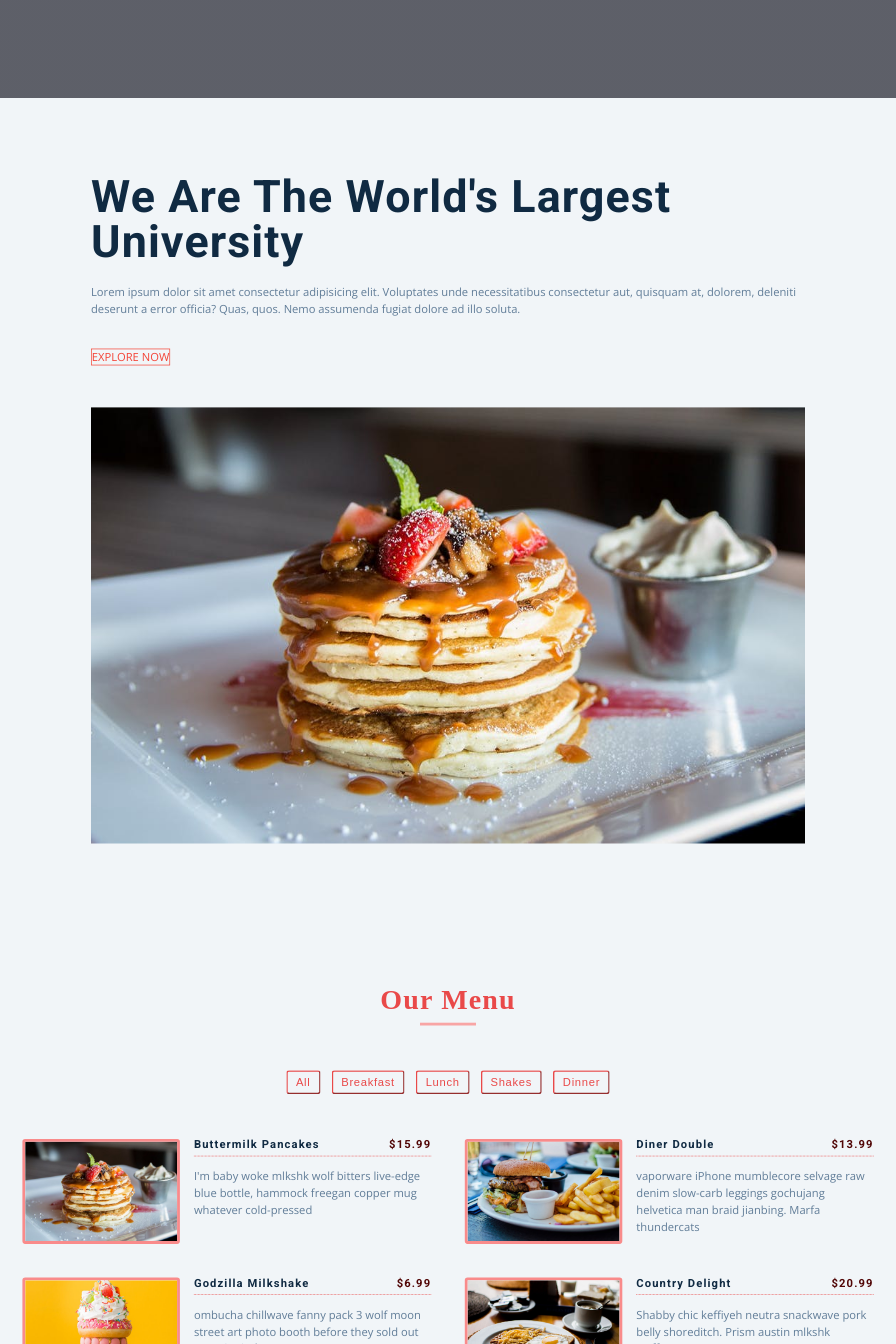
Repository: xoshiraghavx/Food-you
Page: index.html
These files come from the project's save history. The page is drawn as it stood at one moment and after a run of saves; the edit follows.
The browser window is 1280 px wide. The pictures show the part of the page from y = 580 to 2500 px (the page is 3950 px tall before and 3379 px after), at 70% of full size.
Pictures or frames that could not be fetched are drawn as grey boxes. Some web libraries are served in a nearby version.

Above is the page before, as saved 2022-12-03 09:13:24.

### index.html
<!DOCTYPE html>
<html lang="en">
  <head>
    <meta charset="UTF-8" />
    <meta name="viewport" content="width=device-width, initial-scale=1.0" />
    <title>interior design</title>
    <!-- font-awesome -->
    <link
      rel="stylesheet"
      href="https://cdnjs.cloudflare.com/ajax/libs/font-awesome/5.14.0/css/all.min.css"
    />

    <!-- styles -->
    <link rel="stylesheet" href="styles.css" />
  </head>
  <body>
<nav>
  <div class="nav-center">
    <div class="nav-header">
      <div class="logo-div">
      <img src="./img/logo.png" alt="logo" class="logo">
      <div class="logo-name">
      <p><span id="color"><b>FOOD </b><br><i>& you</i></span></p>
    </div>
    </div>
      <button class="nav-toggle">
        <i class="fas fa-bars"></i>
      </button>
    </div>
    <!-- links -->
    <!-- <ul class="links">

      <li>
        <a href="index.html">home</a>
      </li>
      <li>
    </ul> -->
    <!-- social media -->
    <ul class="social-icons">
      <li>
        <a href="https://www.facebook.com">
          <i class="fab fa-facebook"></i>
        </a>
      </li>
      <li>
        <a href="https://www.twitter.com">
          <i class="fab fa-twitter"></i>
        </a>
      </li>
      <li>
        <a href="https://www.instagram.com">
          <i class="fab fa-instagram"></i>
        </a>
      </li>
      <li>
        <a href="https://www.linkedin.com">
          <i class="fab fa-linkedin"></i>
        </a>
      </li>
      <li>
        <a href="https://www.twitter.com">
          <i class="fab fa-sketch"></i>
        </a>
      </li>
    </ul>
  </div>
</nav>
<header class="hero">
  <div class="banner">
    <h2>Looking for some food!</h2>
    <button class="btn modal-btn">Order Now</button>
  </div>
</header>
<div class="modal-overlay">
  <div class="modal-container">
    <br>
    <h3>Title</h3>
    <p>Lorem ipsum dolor sit amet consectetur adipisicing elit. Illo deleniti eum mollitia distinctio! Nesciunt dolor minima animi esse officia! Recusandae? Lorem ipsum dolor sit amet consectetur, adipisicing elit. Aspernatur, hic.</p>
    <button class="close-btn">
      <i class="fas fa-times"> </i>
    </button>
  </div>
</div>
    <!-- -------about us content---------->
    <section class="about-us">
      <div class="row">
          <div class="about-col">
              <h1>We are the world's largest university</h1>
              <p>Lorem ipsum dolor sit amet consectetur adipisicing elit. Voluptates unde necessitatibus consectetur aut, quisquam at, dolorem, deleniti deserunt a error officia? Quas, quos. Nemo assumenda fugiat dolore ad illo soluta.</p>
              <a href="" class="hero-btn red-btn">EXPLORE NOW</a>
          </div>
          <div class="about-col">
              <img src="./img/item-1.jpeg" alt="">
          </div>
      </div>
  </section>
<section class="menu">
  <div class="title">
    <h2>Our Menu</h2>
    <div class="underline"></div>
  </div>
  <div class="btn-container">
    <!-- <button class="filter-btn" type="button" data-id="all">all</button>
    <button class="filter-btn" type="button"data-id="breakfast">breakfast</button>
    <button class="filter-btn" type="button" data-id="lunch">lunch</button>
    <button class="filter-btn" type="button" data-id="shakes">shakes</button> -->
  </div>
    <div class="section-center">
      <!-- <article class="menu-item">
        <img src="./menu-item.jpeg" class="photo" alt="menu item">
        <div class="item-info">
          <header>
            <h4>buttermilk pancakes</h4>
            <h4 class="price">Rs 600/-</h4>
          </header>
          <p class="item-text">Lorem ipsum, dolor sit amet consectetur adipisicing elit. Dolore totam aliquid ut eius architecto magni cumque explicabo voluptate, repudiandae harum.</p>
        </div>
      </article> -->
    </div>
</section>
<section class="questions">
  <div class="title">
    <h2>general questions</h2>
  </div>
  <div class="question-center">
    <article class="question">
      <div class="question-title">
      <p>When will my order be delivered?</p>
      <button type="button" class="question-btn">
        <span class="plus-icon">
      <i class="far fa-plus-square"></i>
        </span>

        <span class="minus-icon">
      <i class="far fa-minus-square"></i>
        </span>

      </button>
    </div>
    <div class="question-text">
      <p>Estimated delivery are given against each products. While sincere efforts are being made to deliver the products within the given time frame factors like, availability, festive seasons, courier delays are bound to happen. These factors are constantly monitored to keep any inordinate delays under control.</p>
    </div>
    </article>
    <article class="question">
      <div class="question-title">
      <p>Do you offer Cash on Delivery?</p>
      <button type="button" class="question-btn">
        <span class="plus-icon">
      <i class="far fa-plus-square"></i>
        </span>

        <span class="minus-icon">
      <i class="far fa-minus-square"></i>
        </span>

      </button>
    </div>
    <div class="question-text">
      <p>Yes. We offer Cash on Delivery which most of the other websites don't offer.</p>
    </div>
    </article>
    <article class="question">
      <div class="question-title">
      <p>do you use organic indegridents?</p>
      <button type="button" class="question-btn">
        <span class="plus-icon">
      <i class="far fa-plus-square"></i>
        </span>

        <span class="minus-icon">
      <i class="far fa-minus-square"></i>
        </span>

      </button>
    </div>
    <div class="question-text">
      <p>We deliver the products that are fresh and systems are kept in place to source the best products and safely consign them to you. We don't stock the products but place once we receive orders.</p>
    </div>
    </article>
  </div>
</section>
<!-- --------footer--------- -->
<section class="footer">
  <h4 id="color">Food & you</h4>
  <p>Fulfill your comfort food cravings here.</p>
  <ul class="icons">
    <li>
      <a href="https://www.facebook.com">
        <i class="fab fa-facebook"></i>
      </a>
    </li>
    <li>
      <a href="https://www.twitter.com">
        <i class="fab fa-twitter"></i>
      </a>
    </li>
    <li>
      <a href="https://www.instagram.com">
        <i class="fab fa-instagram"></i>
      </a>
    </li>
    <li>
      <a href="https://www.linkedin.com">
        <i class="fab fa-linkedin"></i>
      </a>
    </li>
  </ul>
  <p>Made by <b id="color">oshi Raghav</b></p>
</section>
<!-- javascript -->
    <script src="app.js"></script>
  </body>
</html>

### styles.css
/*
===============
Fonts
===============
*/
@import url('https://fonts.googleapis.com/css?family=Open+Sans|Roboto:400,700&display=swap');

/*
===============
Variables
===============
*/

:root {
  /* dark shades of primary color*/
  --clr-primary-1: hsl(0, 86%, 17%);
  --clr-primary-2: hsl(0, 77%, 27%);
  --clr-primary-3: hsl(0, 72%, 37%);
  --clr-primary-4: hsl(0, 63%, 48%);
  /* primary/main color */
  --clr-primary-5: hsl(0, 78%, 60%);
  /* lighter shades of primary color */
  --clr-primary-6: hsl(0, 90%, 70%);
  --clr-primary-7: hsl(0, 90%, 76%);
  --clr-primary-8: hsl(0, 86%, 81%);
  --clr-primary-9: hsl(0, 90%, 88%);
  --clr-primary-10: hsl(0, 100%, 96%);
  /* darkest grey - used for headings */
  --clr-grey-1: hsl(209, 61%, 16%);
  --clr-grey-2: hsl(211, 39%, 23%);
  --clr-grey-3: hsl(209, 34%, 30%);
  --clr-grey-4: hsl(209, 28%, 39%);
  /* grey used for paragraphs */
  --clr-grey-5: hsl(210, 22%, 49%);
  --clr-grey-6: hsl(209, 23%, 60%);
  --clr-grey-7: hsl(211, 27%, 70%);
  --clr-grey-8: hsl(210, 31%, 80%);
  --clr-grey-9: hsl(212, 33%, 89%);
  --clr-grey-10: hsl(210, 36%, 96%);
  --clr-white: #fff;
  --clr-red-dark: hsl(360, 67%, 44%);
  --clr-red-light: hsl(360, 71%, 66%);
  --clr-green-dark: hsl(125, 67%, 44%);
  --clr-green-light: hsl(125, 71%, 66%);
  --clr-black: #222;
  --ff-primary: 'Roboto', sans-serif;
  --ff-secondary: 'Open Sans', sans-serif;
  --transition: all 0.3s linear;
  --spacing: 0.1rem;
  --radius: 0.25rem;
  --light-shadow: 0 5px 15px rgba(0, 0, 0, 0.1);
  --dark-shadow: 0 5px 15px rgba(0, 0, 0, 0.2);
  --max-width: 1170px;
  --fixed-width: 620px;
}
/*
===============
Global Styles
===============
*/

*,
::after,
::before {
  margin: 0;
  padding: 0;
  box-sizing: border-box;
}
body {
  font-family: var(--ff-secondary);
  background: var(--clr-grey-10);
  color: var(--clr-grey-1);
  line-height: 1.5;
  font-size: 0.875rem;
}
ul {
  list-style-type: none;
}
a {
  text-decoration: none;
}
img:not(.logo) {
  width: 100%;
}
img {
  display: block;
}
h1,
h2,
h3,
h4 {
  letter-spacing: var(--spacing);
  text-transform: capitalize;
  line-height: 1.25;
  margin-bottom: 0.75rem;
  font-family: var(--ff-primary);
}
h1 {
  font-size: 3rem;
}
h2 {
  font-size: 2rem;
}
h3 {
  font-size: 1.25rem;
}
h4 {
  font-size: 0.875rem;
}
p {
  margin-bottom: 1.25rem;
  color: var(--clr-grey-5);
}
@media screen and (min-width: 800px) {
  h1 {
    font-size: 4rem;
  }
  h2 {
    font-size: 2.5rem;
  }
  h3 {
    font-size: 1.75rem;
  }
  h4 {
    font-size: 1rem;
  }
  body {
    font-size: 1rem;
  }
  h1,
  h2,
  h3,
  h4 {
    line-height: 1;
  }
}
/*  global classes */
.btn {
  text-transform: uppercase;
  background: transparent;
  color: var(--clr-black);
  padding: 0.375rem 0.75rem;
  letter-spacing: var(--spacing);
  display: inline-block;
  transition: var(--transition);
  font-size: 0.875rem;
  border: 2px solid var(--clr-black);
  cursor: pointer;
  box-shadow: 0 1px 3px rgba(0, 0, 0, 0.2);
  border-radius: var(--radius);
}
.btn:hover {
  color: var(--clr-white);
  background: var(--clr-black);
}
/* section */
.section {
  padding: 5rem 0;
}


@media screen and (min-width: 992px) {
  .section-center .question-center {
    width: 95vw;
  }
}
main {
  min-height: 100vh;
  display: grid;
  place-items: center;
}

/*
===============
Navbar
===============
*/
nav {
  background: var(--clr-white);
  box-shadow: var(--light-shadow);
  position: fixed;
  width: 100%;
}
.nav-header {
  display: flex;
  align-items: center;
  justify-content: space-between;
  padding: 1rem;
}
.nav-toggle {
  font-size: 1.5rem;
  color: var(--clr-primary-5);
  background: transparent;
  border-color: transparent;
  transition: var(--transition);
  cursor: pointer;
}
.nav-toggle:hover {
  color: var(--clr-primary-1);
  transform: rotate(90deg);
}
.logo-div{
  display: flex;
}
.logo {
  height: 90px;
  width: 90px;
}
.logo-name{
  margin-top: 20px;
}
#color{
  color: var(--clr-red-dark);

}
/* .links a {
  color: var(--clr-grey-3);
  font-size: 1rem;
  text-transform: capitalize;
  letter-spacing: var(--spacing);
  display: block;
  padding: 0.5rem 1rem;
  transition: var(--transition);
}
.links a:hover {
  background: var(--clr-primary-8);
  color: var(--clr-primary-5);
  padding-left: 1.5rem;
} */
.social-icons {
  display: none;
}
/* .links {
  height: 0;
  overflow: hidden;
  transition: var(--transition);
} */
.show-links {
  height: 10rem;
}
@media screen and (min-width: 800px) {
  .nav-center {
    max-width: 1170px;
    margin: 0 auto;
    display: flex;
    align-items: center;
    justify-content: space-between;
    padding: 1rem;
  }
  .nav-header {
    padding: 0;
  }
  .nav-toggle {
    display: none;
  }
  /* .links {
    height: auto;
    display: flex;
  }
  .links a {
    padding: 0;
    margin: 0 0.5rem;
  }
  .links a:hover {
    padding: 0;
    background: transparent;
  } */

  .social-icons {
    display: flex;
  }
  .social-icons a {
    margin: 0 0.5rem;
    color: var(--clr-primary-4);
    transition: var(--transition);
  }
  .social-icons a:hover {
    color: var(--clr-primary-7);
  }
}
/* modal css  */
.hero {
  height: 100vh;
  background: linear-gradient(rgba(4, 9, 30, 0.421),rgba(4, 9, 30, 0.421)),url("https://discovertemplate.com/wp-content/uploads/2020/11/DT_G62_Food-drink-Animated-GIF-Icon-Pack.gif") center/cover no-repeat;
  display: grid;
  place-items: center;
}
.banner {
  background: var(--clr-white);
  padding: 4rem 0;
  border-radius: var(--radius);
  box-shadow: var(--light-shadow);
  text-align: center;
  width: 90vw;
  max-width: var(--fixed-width);
}
.modal-btn {
  margin-top: 2rem;
  background: var(--clr-primary-5);
  border-color: var(--clr-primary-5);
  color: var(--clr-white);
}
.modal-btn:hover {
  background: transparent;
  color: var(--clr-primary-5);
}
.modal-overlay {
  position: fixed;
  top: 0;
  left: 0;
  width: 100%;
  height: 100%;
  background: hsla(209, 61%, 16%, 0.77);
  display: grid;
  place-items: center;
  transition: var(--transition);
  visibility: hidden;
  z-index: -10;
}
/* OPEN/CLOSE MODAL */
.open-modal {
  visibility: visible;
  z-index: 10;
}
.modal-container {
  background: var(--clr-white);
  border-radius: var(--radius);
  width: 90vw;
  height: 30vh;
  max-width: var(--fixed-width);
  text-align: center;
  display: grid;
  place-items: center;
  position: relative;
}
.close-btn {
  position: absolute;
  top: 1rem;
  right: 1rem;
  font-size: 2rem;
  background: transparent;
  border-color: transparent;
  color: var(--clr-red-dark);
  cursor: pointer;
  transition: var(--transition);
}
.close-btn:hover {
  color: var(--clr-red-light);
  transform: scale(1.3);
}
/* menu css */

.menu {
  padding: 1rem 0;
}
.title {
  text-align: center;
  margin-bottom: 2rem;
}
.underline {
  width: 5rem;
  height: 0.25rem;
  background: var(--clr-primary-8);
  margin-left: auto;
  margin-right: auto;
}
.btn-container {
  margin-bottom: 4rem;
  display: flex;
  justify-content: center;
}
.filter-btn {
  background: transparent;
  border-color: var(--clr-primary-5);
  font-size: 1rem;
  text-transform: capitalize;
  margin: 0 0.5rem;
  letter-spacing: 1px;
  border-radius: var(--radius);
  padding: 0.375rem 0.75rem;
  color: var(--clr-primary-5);
  cursor: pointer;
  transition: var(--transition);
}
.filter-btn:hover {
  background: var(--clr-primary-5);
  color: var(--clr-white);
}
.section-center .question-center{
  width: 90vw;
  max-width: 1170px;
}
.section-center{
  display: grid;
  margin: 0 auto;
  gap: 3rem 3rem;
  justify-items: center;
}
.menu-item {
  display: grid;
  gap: 1rem 2rem;
  max-width: 25rem;
}
.photo {
  object-fit: cover;
  height: 200px;
  border: 0.25rem solid var(--clr-primary-7);
  border-radius: var(--radius);
}
.item-info header {
  display: flex;
  justify-content: space-between;
  border-bottom: 0.5px dotted var(--clr-primary-5);
}
.item-info h4 {
  margin-bottom: 0.5rem;
}
.price {
  color: var(--clr-primary-1);
}
.item-text {
  margin-bottom: 0;
  padding-top: 1rem;
}

@media screen and (min-width: 768px) {
  .menu-item {
    grid-template-columns: 225px 1fr;
    gap: 0 1.25rem;
    max-width: 40rem;
  }
  .photo {
    height: 175px;
  }
}
@media screen and (min-width: 1200px) {
  .section-center {
    width: 95vw;
    grid-template-columns: 1fr 1fr;
  }
  .photo {
    height: 150px;
  }
}

/*
===============
Questions
===============
*/
.title {
  margin-top: 15vh;
  margin-bottom: 4rem;
}
.title h2 {
  color: var(--clr-primary-5);
  font-family: "Great Vibes", cursive;
  text-align: center;
}
.question-center {
  max-width: var(--fixed-width);
  margin: 0 auto;
}
.question {
  background: var(--clr-white);
  border-radius: var(--radius);
  box-shadow: var(--light-shadow);
  padding: 1.5rem 1.5rem 0 1.5rem;
  margin-bottom: 2rem;
}
.question-title {
  display: flex;
  justify-content: space-between;
  align-items: center;
  text-transform: capitalize;
  padding-bottom: 1rem;
}
.question-title p {
  margin-bottom: 0;
  letter-spacing: var(--spacing);
  color: var(--clr-grey-1);
}
.question-btn {
  font-size: 1.5rem;
  background: transparent;
  border-color: transparent;
  cursor: pointer;
  color: var(--clr-primary-5);
  transition: var(--transition);
}
.question-btn:hover {
  transform: rotate(90deg);
}
.question-text {
  padding: 1rem 0 1.5rem 0;
  border-top: 1px solid rgba(0, 0, 0, 0.2);
}
.question-text p {
  margin-bottom: 0;
}
/* hide text */
.question-text {
  display: none;
}
.show-text .question-text {
  display: block;
}
.minus-icon {
  display: none;
}
.show-text .minus-icon {
  display: inline;
}
.show-text .plus-icon {
  display: none;
}
/* ---------footer----------- */
.footer{
  width: 100%;
  text-align: center;
  padding: 30px 0;
  background: var(--clr-primary-10);
}
.footer h4{
  margin-bottom: 25px;
  margin-top: 20px;
  font-weight: 600;
}
.icons{
  display: flex;
  flex-direction: row;
  justify-content: center;
  align-items: center;
}
.icons .fab{
  color: var(--clr-primary-5);
  margin: 0 13px;
  cursor: pointer;
  padding: 18px 0;
}
/* -------about us page------- */
.about-us{
  width: 80%;
  margin: auto;
  padding-top: 80px;
  padding-bottom: 50px;
}
.about-col{
  flex-basis: 48%;
  padding: 30px 2px;
}
.about-col img{
  width: 100%;
}
.about-col h1{
  padding-top: 0;
}
.about-col p{
  padding: 15px 0 25px;
}
.red-btn{
  border: 1px solid #f44336;
  background: transparent;
  color: #f44336;
}
.red-btn:hover{
  color: #fff;
}
.row

### app.js
// // classList - shows/gets all classes
// // contains - checks classList for specific class
// // add - add class
// // remove - remove class
// // toggle - toggles class

const navToggle = document.querySelector(".nav-toggle");
const links = document.querySelector(".links");

navToggle.addEventListener('click', () =>{
    links.classList.toggle("show-links")
})


// // modal js

const modalBtn = document.querySelector(".modal-btn");
const modal      = document.querySelector(".modal-overlay");
const closeBtn = document.querySelector(".close-btn");

modalBtn.addEventListener('click',() =>{
    modal.classList.add('open-modal');
})
closeBtn.addEventListener('click',() =>{
    modal.classList.remove('open-modal');
})
//menu
const menu = [
    {
      id: 1,
      title: "buttermilk pancakes",
      category: "breakfast",
      price: 15.99,
      img: "./img/item-1.jpeg",
      desc: `I'm baby woke mlkshk wolf bitters live-edge blue bottle, hammock freegan copper mug whatever cold-pressed `,
    },
    {
      id: 2,
      title: "diner double",
      category: "lunch",
      price: 13.99,
      img: "./img/item-2.jpeg",
      desc: `vaporware iPhone mumblecore selvage raw denim slow-carb leggings gochujang helvetica man braid jianbing. Marfa thundercats `,
    },
    {
      id: 3,
      title: "godzilla milkshake",
      category: "shakes",
      price: 6.99,
      img: "./img/item-3.jpeg",
      desc: `ombucha chillwave fanny pack 3 wolf moon street art photo booth before they sold out organic viral.`,
    },
    {
      id: 4,
      title: "country delight",
      category: "breakfast",
      price: 20.99,
      img: "./img/item-4.jpeg",
      desc: `Shabby chic keffiyeh neutra snackwave pork belly shoreditch. Prism austin mlkshk truffaut, `,
    },
    {
      id: 5,
      title: "egg attack",
      category: "lunch",
      price: 22.99,
      img: "./img/item-5.jpeg",
      desc: `franzen vegan pabst bicycle rights kickstarter pinterest meditation farm-to-table 90's pop-up `,
    },
    {
      id: 6,
      title: "oreo dream",
      category: "shakes",
      price: 18.99,
      img: "./img/item-6.jpeg",
      desc: `Portland chicharrones ethical edison bulb, palo santo craft beer chia heirloom iPhone everyday`,
    },
    {
      id: 7,
      title: "bacon overflow",
      category: "breakfast",
      price: 8.99,
      img: "./img/item-7.jpeg",
      desc: `carry jianbing normcore freegan. Viral single-origin coffee live-edge, pork belly cloud bread iceland put a bird `,
    },
    {
      id: 8,
      title: "american classic",
      category: "lunch",
      price: 12.99,
      img: "./img/item-8.jpeg",
      desc: `on it tumblr kickstarter thundercats migas everyday carry squid palo santo leggings. Food truck truffaut  `,
    },
    {
      id: 9,
      title: "quarantine buddy",
      category: "shakes",
      price: 16.99,
      img: "./img/item-9.jpeg",
      desc: `skateboard fam synth authentic semiotics. Live-edge lyft af, edison bulb yuccie crucifix microdosing.`,
    },
    {
      id: 10,
      title: "bison steak",
      category: "dinner",
      price: 22.99,
      img: "./img/item-10.jpeg",
      desc: `skateboard fam synth authentic semiotics. Live-edge lyft af, edison bulb yuccie crucifix microdosing.`,
    },
  ];
  // get parent element
  const sectionCenter = document.querySelector(".section-center");
  const btnContainer = document.querySelector(".btn-container");
  // display all items when page loads
  window.addEventListener("DOMContentLoaded", function () {
    diplayMenuItems(menu);
    displayMenuButtons();
  });

  function diplayMenuItems(menuItems) {
    let displayMenu = menuItems.map(function (item) {
      // console.log(item);

      return `<article class="menu-item">
            <img src=${item.img} alt=${item.title} class="photo" />
            <div class="item-info">
              <header>
                <h4>${item.title}</h4>
                <h4 class="price">$${item.price}</h4>
              </header>
              <p class="item-text">
                ${item.desc}
              </p>
            </div>
          </article>`;
    });
    displayMenu = displayMenu.join("");
    // console.log(displayMenu);

    sectionCenter.innerHTML = displayMenu;
  }
  function displayMenuButtons() {
    const categories = menu.reduce(
      function (values, item) {
        if (!values.includes(item.category)) {
          values.push(item.category);
        }
        return values;
      },
      ["all"]
    );
    const categoryBtns = categories
      .map(function (category) {
        return `<button type="button" class="filter-btn" data-id=${category}>
            ${category}
          </button>`;
      })
      .join("");

    btnContainer.innerHTML = categoryBtns;
    const filterBtns = btnContainer.querySelectorAll(".filter-btn");
    // console.log(filterBtns);

    filterBtns.forEach(function (btn) {
      btn.addEventListener("click", function (e) {
        // console.log(e.currentTarget.dataset);
        const category = e.currentTarget.dataset.id;
        const menuCategory = menu.filter(function (menuItem) {
          // console.log(menuItem.category);
          if (menuItem.category === category) {
            return menuItem;
          }
        });
        if (category === "all") {
          diplayMenuItems(menu);
        } else {
          diplayMenuItems(menuCategory);
        }
      });
    });
  }




// //questions css

const btns = document.querySelectorAll(".question-btn");

btns.forEach(function (btn) {
    btn.addEventListener('click', function (e) {
        const question =( e.currentTarget.parentElement.parentElement);
        question.classList.toggle("show-text");
    });
});

After the next 5 saves:
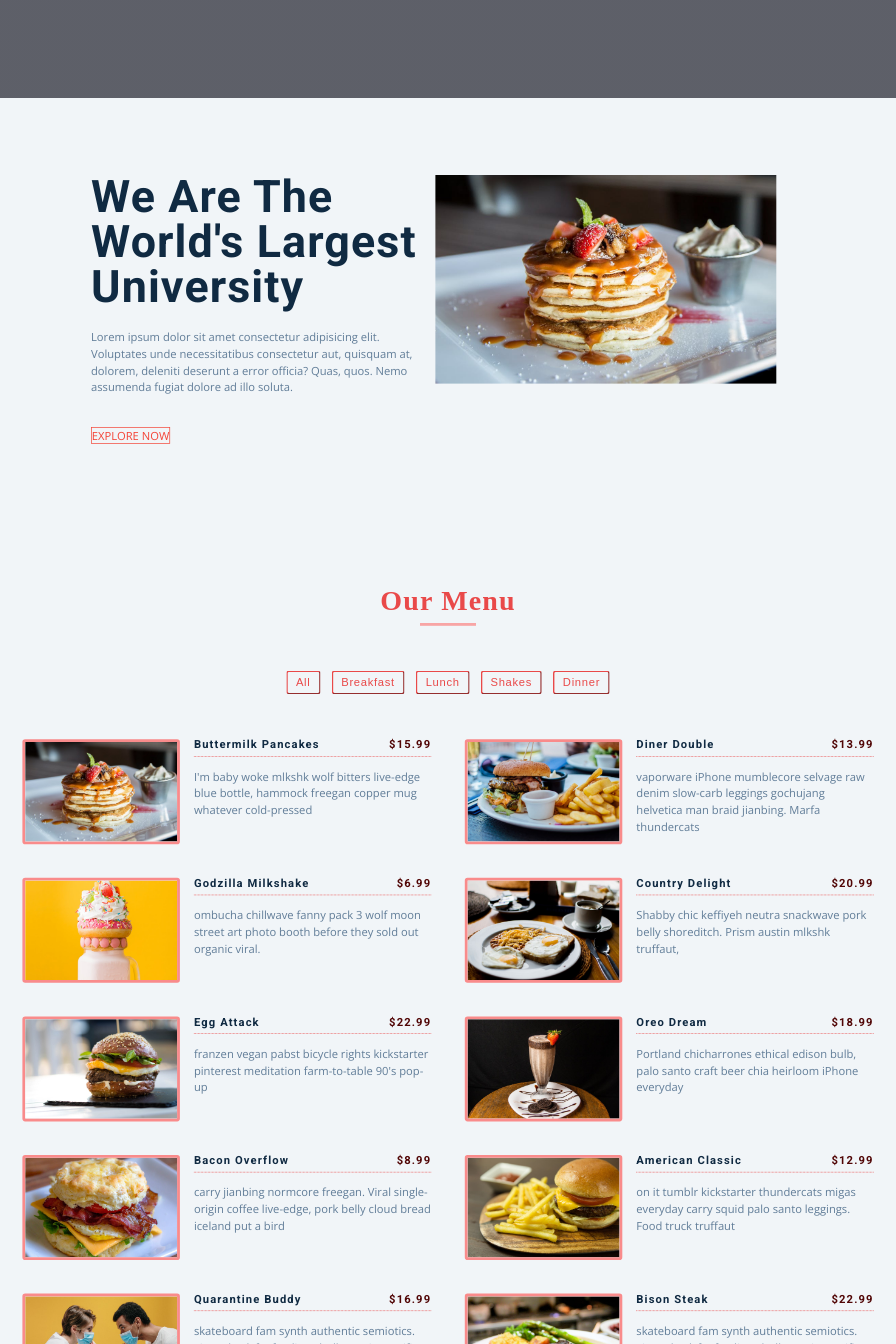
The 5 saves are shown as one change because they came seconds apart.
The last was saved 13 s later.
--- a/styles.css
+++ b/styles.css
@@ -566,4 +566,7 @@ Questions
 .red-btn:hover{
   color: #fff;
 }
-.row
+.row{
+  display: flex;
+  flex-direction: row;
+}
